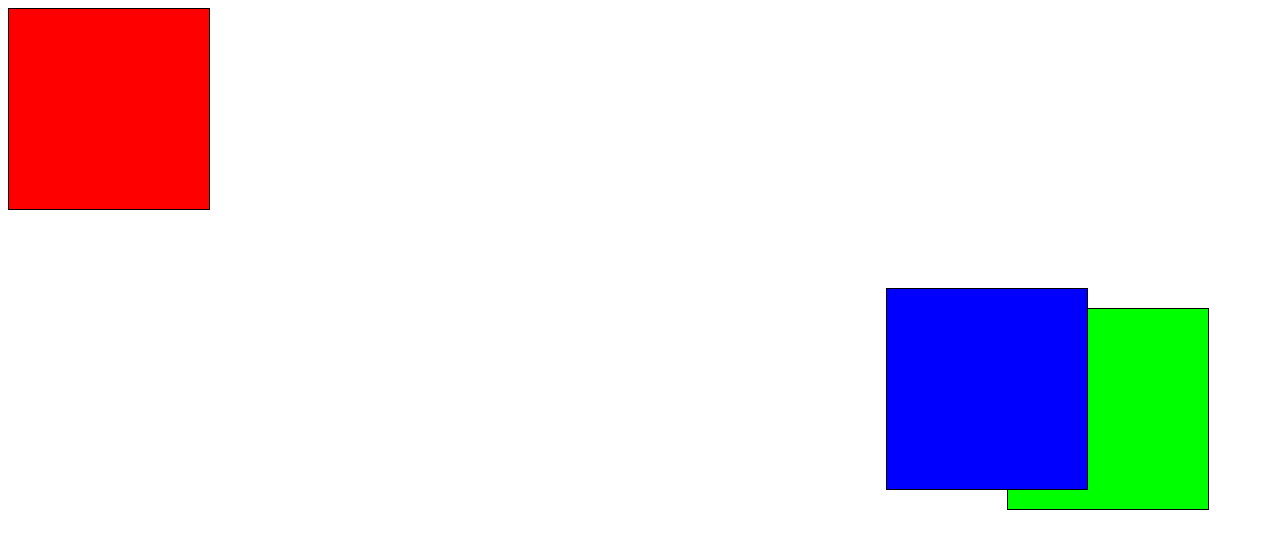
Repository: Divineridh/LPPAChallenges
Page: Trabajos en Clase/ejercicio cajas positions/index.html
The author's editor kept a copy of each file at every save. The page is drawn from the files as they stood at one save, then again after the next save.
The browser window is 1280 px wide. The pictures show the whole page.

Above is the page before, as saved 2022-05-03 20:56:58.

### Trabajos en Clase/ejercicio cajas positions/index.html
<!DOCTYPE html>
<html lang="en">
<head>
    <meta charset="UTF-8">
    <meta http-equiv="X-UA-Compatible" content="IE=edge">
    <meta name="viewport" content="width=device-width, initial-scale=1.0">
    <link rel="stylesheet" href="./style.css">
    <title>Divs positions</title>
</head>
<body>
    <div class="div1 divs"></div>
    <div class="div2 divs"></div>
    <div class="div3 divs"></div>
</body>
</html>

### Trabajos en Clase/ejercicio cajas positions/style.css
.div1 {
    background-color: #FF0000;
    position: fixed;
}

.div2 {
    background-color: #00FF00;
    position: relative;
    top: 300px;
    right: 5%;
    float: right;
}

.div3 {
    background-color: #0000FF;
    position: absolute;
    top: 40%;
    right: 15%;
}

.divs {
    height: 200px;
    width: 200px;
    border: solid black 1px;
}

After the next save:
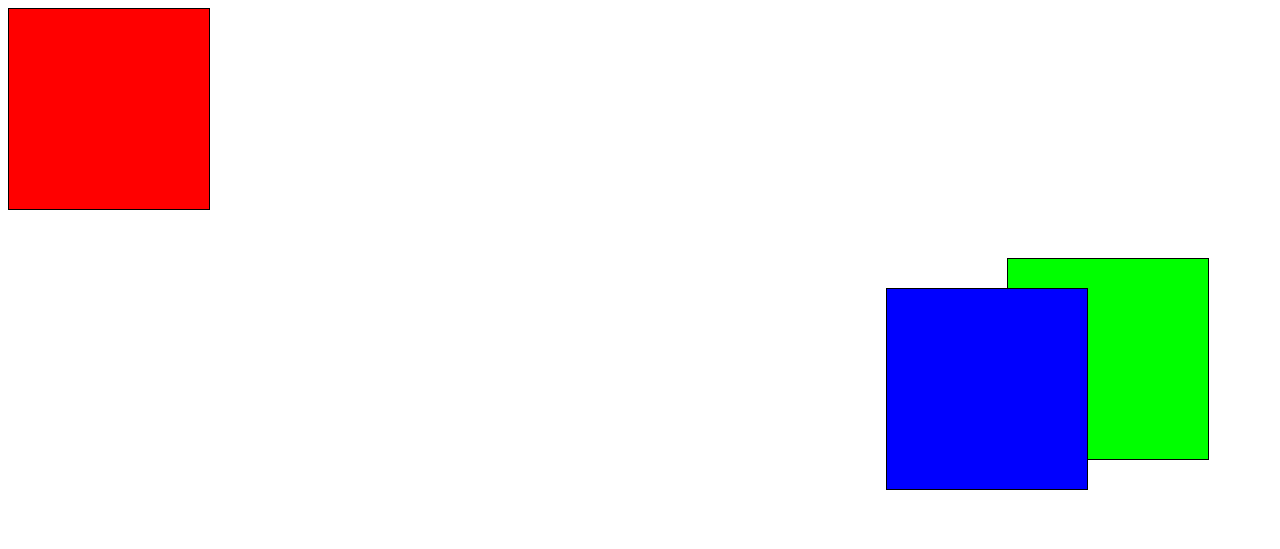
Saved 5 s later.
--- a/Trabajos en Clase/ejercicio cajas positions/style.css
+++ b/Trabajos en Clase/ejercicio cajas positions/style.css
@@ -6,7 +6,7 @@
 .div2 {
     background-color: #00FF00;
     position: relative;
-    top: 300px;
+    top: 250px;
     right: 5%;
     float: right;
 }
